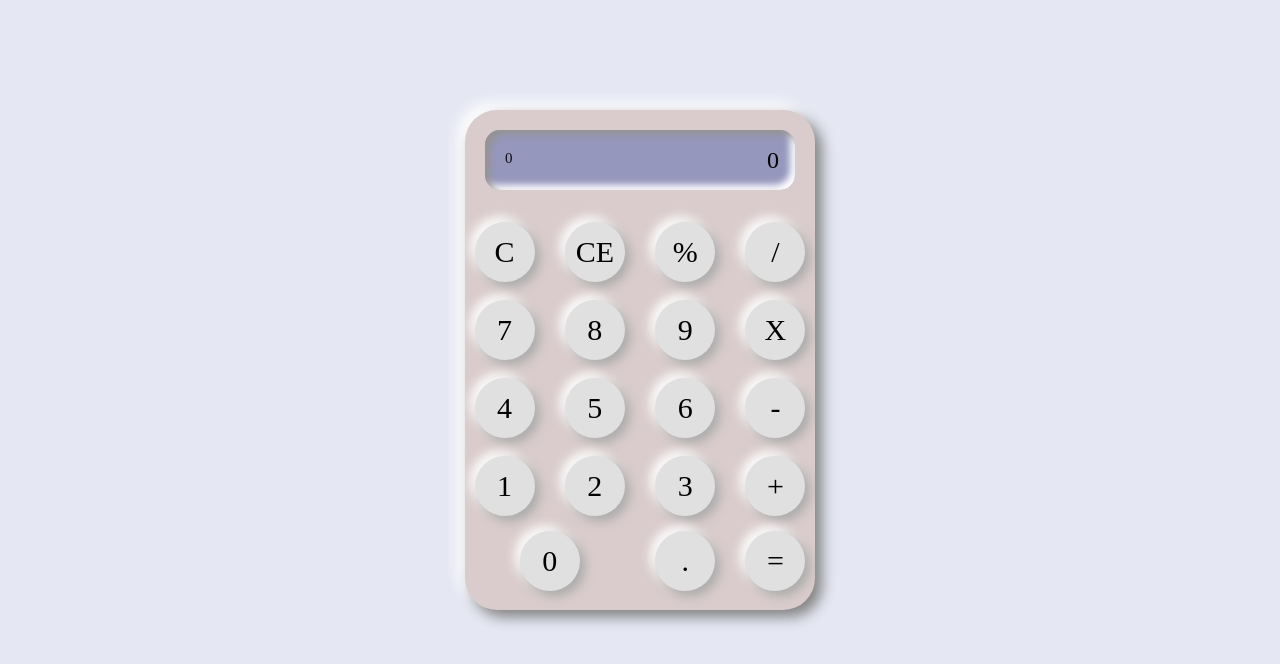
Repository: Goldmyn/Calculator
Page: index.html
An editor plug-in stored every save of this project. The page is shown before and after the next save, followed by the edit.
The browser window is 1280 px wide. The pictures show the whole page.

Above is the page before, as saved 2022-09-28 02:34:06.

After the next save:
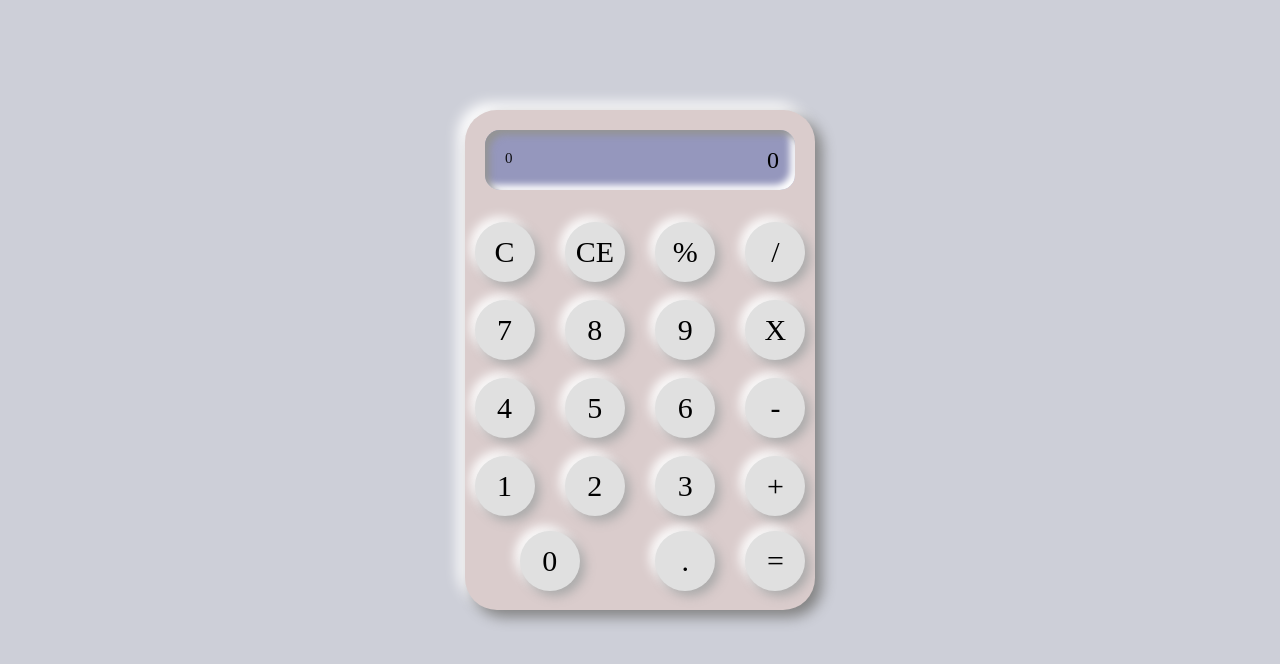
Saved 11 s later.
--- a/index.css
+++ b/index.css
@@ -8,7 +8,7 @@ html {
 }
 
 section {
-    background-color: #e5e7f3;
+    background-color: #cdcfd8;
     min-height: 100vh;
     width: 100%;
     display: flex;
